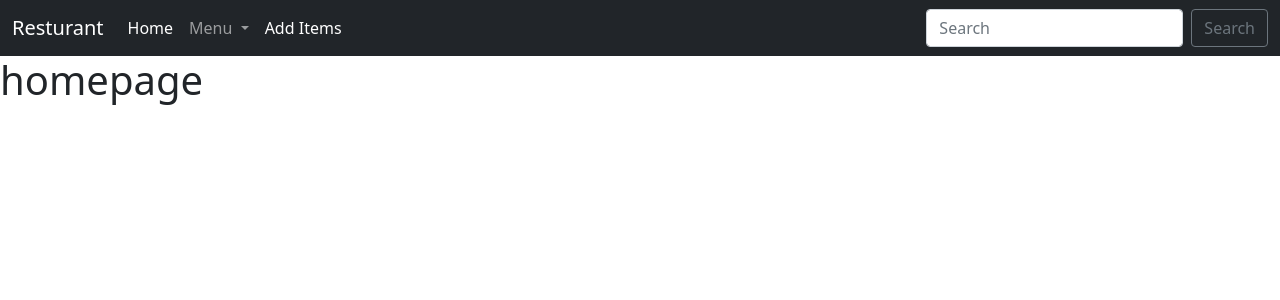
Repository: lienusrob/final_project
Page: http://localhost/
These files come from the project's save history. The page is drawn as it stood at one moment and after the next save; the edit follows.
The browser window is 1280 px wide. The pictures show the whole page.
The page is served by the project's application, run on Django 3.2 (project/manage.py). The page reads the database file committed with the project.

Above is the page before, as saved 2021-01-03 09:29:14.

After the next save:
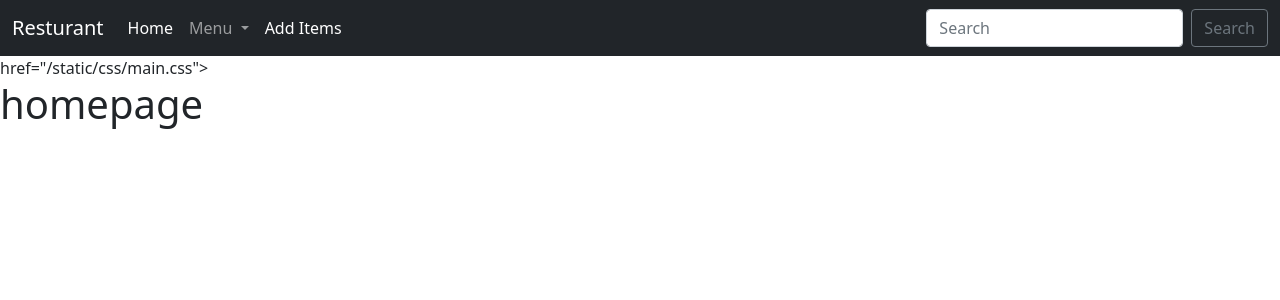
Saved 87 s later.
--- a/final_project/project/globalhtml/homepage.html
+++ b/final_project/project/globalhtml/homepage.html
@@ -2,6 +2,7 @@
 {%extends 'base.html'%}
 {%load static%}
 {% block content%}
+href="{%static 'css/main.css'%}"></link>
 <h1> homepage </h1>
 {{Contact}}
 {% endblock %}
